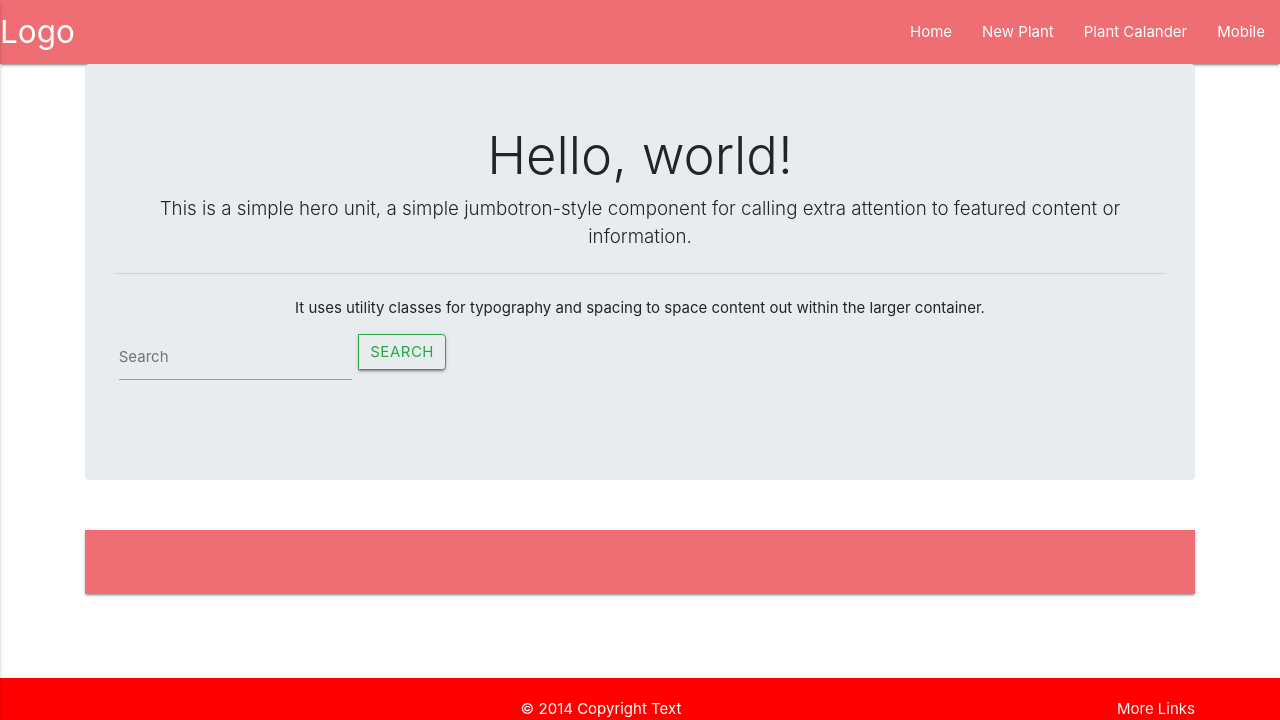
Repository: Lemoenskil/Milestone_project_3_Garden_planner
Page: http://localhost/
The author's editor kept a record of every edit. The page is drawn from the files as they stood at one moment, then again after the next edit.
The browser window is 1280 px wide. The pictures show the whole page.
Some web libraries are served in a nearby version. The page is served by the project's application, run on Flask 3 (app.py). Queries for data that is not in the repository find no rows.

Above is the page before.
Console error: TypeError: $(...).floatingActionButton is not a function

### templates/plant_records.html
{% extends "base.html" %}
{% block content %}

    <div class="text-center justify-content-center">
      <div class="jumbotron">
        <h1 class="display-4">Hello, world!</h1>
        <p class="lead">This is a simple hero unit, a simple jumbotron-style component for calling extra attention to featured content or information.</p>
        <hr class="my-4">
        <p>It uses utility classes for typography and spacing to space content out within the larger container.</p>
        <div class="row">
          <div class="col-lg-4">
            <form class="form-inline input-group">
              <input class="form-control mr-sm-2" type="search" placeholder="Search" aria-label="Search">
              <div class="input-group-append">
              <button class="btn btn-outline-success my-2 my-sm-0 " type="submit">Search</button>
              </div>
            </form>
          </div>
        </div>
      </div>
    </div>

    <div class="row text-center justify-content-center">
      {% for plant in plants%}

        <a href="{{url_for('view_plant', plant_id=plant._id)}}" class="card col-md-11 col-lg-3 mt-5 col-sm-11 col-xl-3" >
          <img src="{{plant.picture_link}}" class="card-img-top" alt="">
              <div class="card-body">
                <h5 class="card-title">{{plant.plant_name}}</h5>
              </div>
        </a>
      {%endfor%}
    </div>

    <div>
      <nav aria-label="Page navigation example" class="card-sm" >
        <ul class="pagination justify-content-center">
          {% if page > 1 %}
          <li class="page-item">
            <a class="page-link" href="{{url_for('get_plant_record', page=page-1)}}" aria-label="Previous">
              <span aria-hidden="true">&laquo;</span>
              <span class="sr-only">Previous</span>
            </a>
          </li>
          {% endif %}
          {% for pagenum in pages %}
            {% if pagenum == page %}
              <li class="page-item active" aria-current="page">
                <a class="page-link" href="#">{{ pagenum }}<span class="sr-only">(current)</span></a>
            {% else %}
              <li class="page-item">
                <a class="page-link" href="{{url_for('get_plant_record', page=pagenum)}}">{{ pagenum }}</a></li>
            {% endif %}
          {% endfor %}
          {% if page < total %}
          <li class="page-item">
            <a class="page-link" href="{{url_for('get_plant_record', page=page+1)}}" aria-label="Next">
              <span aria-hidden="true">&raquo;</span>
              <span class="sr-only">Next</span>
            </a>
          </li>
          {% endif %}
        </ul>
      </nav>
    </div>

{% endblock %}

### templates/base.html
<!DOCTYPE html>
<html lang="en">
<head>
    <meta charset="UTF-8">
    <meta name="viewport" content="width=device-width, initial-scale=1.0">
    <meta http-equiv="X-UA-Compatible" content="ie=edge">
    <link href="https://fonts.googleapis.com/icon?family=Material+Icons" rel="stylesheet">
    <link rel="stylesheet" href="https://cdnjs.cloudflare.com/ajax/libs/materialize/0.100.2/css/materialize.min.css">
    <link href="https://stackpath.bootstrapcdn.com/bootstrap/4.4.1/css/bootstrap.min.css" rel="stylesheet" integrity="sha384-Vkoo8x4CGsO3+Hhxv8T/Q5PaXtkKtu6ug5TOeNV6gBiFeWPGFN9MuhOf23Q9Ifjh" crossorigin="anonymous">
    <link rel="stylesheet" href="{{url_for('static', filename='css/style.css')}}" type="text/css" />
    <title>Garden Planner</title>
</head>
<body>
    <header>
       <nav>
            <div class="nav-wrapper">
                <a href="#!" class="brand-logo">Logo</a>
                <a href="#" data-activates="mobile-demo" class="button-collapse"><i class="material-icons">menu</i></a>
                <ul class="right hide-on-med-and-down">
                    <li><a href="{{url_for('get_plant_record')}}">Home</a></li>
                    <li><a href="{{url_for('add_plant')}}">New Plant</a></li>
                    <li><a href="{{url_for('list_plant')}}">Plant Calander</a></li>
                    <li><a href="mobile.html">Mobile</a></li>
                </ul>
                <ul class="side-nav" id="mobile-demo">
                    <li><a href="{{url_for('get_plant_record')}}">Home</a></li>
                    <li><a href="{{url_for('add_plant')}}">New Plant</a></li>
                    <li><a href="{{url_for('list_plant')}}">Plant Calander</a></li>
                    <li><a href="mobile.html">Mobile</a></li>
                </ul>
            </div>
        </nav>
    </header>

    <main class="container">
        {% block content %}{% endblock %}
    </main>

    <footer class="page-footer">
        <div class="container" class="footer-copyright">
            © 2014 Copyright Text
            <a class="grey-text text-lighten-4 right" href="#!">More Links</a>
        </div>
    </footer>
    <script src="https://code.jquery.com/jquery-3.4.1.slim.min.js" integrity="sha384-J6qa4849blE2+poT4WnyKhv5vZF5SrPo0iEjwBvKU7imGFAV0wwj1yYfoRSJoZ+n" crossorigin="anonymous"></script>
    <script src="https://cdnjs.cloudflare.com/ajax/libs/jquery/3.2.1/jquery.min.js"></script>
    <script src="https://stackpath.bootstrapcdn.com/bootstrap/4.4.1/js/bootstrap.min.js"></script>
    <script src="https://cdnjs.cloudflare.com/ajax/libs/materialize/0.100.2/js/materialize.min.js"></script>
    <script src="https://maxcdn.bootstrapcdn.com/bootstrap/4.1.1/js/bootstrap.min.js"></script>
    <script type="text/javascript">
        $(document).ready(function() {
            $(".button-collapse").sideNav();
            $('.fixed-action-btn').floatingActionButton();
        });
    </script>
</body>
</html>

### app.py
import os
from flask import Flask, render_template, redirect, request, url_for
from flask_pymongo import PyMongo, DESCENDING
from bson.objectid import ObjectId
import math
import re

app = Flask ("----name----")
app.config["MONGO_DBNAME"] = 'garden_planner'
app.config["MONGO_URI"] = 'mongodb+srv://CP3O:iYmkh8QOgi2fhu2y@lemoenskil-4vjdx.mongodb.net/garden_planner?retryWrites=true&w=majority'

plants_per_page = 6

mongo = PyMongo(app)

@app.route('/')
@app.route('/plant_records')
def get_plant_record():
    page_number = int(request.args.get('page', 1))
    plants_to_skip = (page_number - 1) * plants_per_page
    plant_count = mongo.db.plant_data.count_documents({})
    page_count = int(math.ceil(plant_count / plants_per_page))
    page_numbers = range(1, page_count + 1)
    plants_on_page = mongo.db.plant_data.find().skip(plants_to_skip).limit(plants_per_page)
    return render_template("plant_records.html", title="Home", plants=plants_on_page, page=page_number, pages=page_numbers, total=page_count)

@app.route('/list_plant')
def list_plant():
    return render_template("list_plant.html", plants=mongo.db.plant_data.find())

@app.route('/view_plant/<plant_id>')
def view_plant(plant_id):
    """Shows full plant details"""
    mongo.db.plant_data.find_one(
        {'_id': ObjectId(plant_id)},
    )
    plant_db = mongo.db.plant_data.find_one_or_404({'_id': ObjectId(plant_id)})
    return render_template("view_plant.html", plant=plant_db)

@app.route('/add_plant')
def add_plant():
    return render_template("add_plant.html")

@app.route('/insert_plant', methods=['POST'])
def insert_plant():
    plants = mongo.db.plant_data
    plants.insert_one(convert_form_to_plant_data(request.form))
    return redirect(url_for('get_plant_record'))

@app.route('/update_plant/<plant_id>')
def update_plant(plant_id):
    plants =  mongo.db.plant_data.find_one({"_id": ObjectId(plant_id)})
    return render_template('update_plant.html', plant=plants)

def convert_form_to_plant_data(form):
    value_sowing_under_glass = [ month for month in range(1, 13) if f"sowing-under-glass-{month}" in form ]
    value_outside_seeding = [ month for month in range(1, 13) if f"outside-seeding-{month}" in form ]
    value_harvest = [ month for month in range(1, 13) if f"harvest-{month}" in form ]
    return {
        'plant_name':form.get('plant_name'),
        'picture_link':form.get('picture_link'),
        'crop_group': form.get('crop_group'),
        'crop_family': form.get('crop_family'),
        'soil':form.get('soil'),
        'frost_tolerant':form.get('frost_tolerant'),
        'position':form.get('position'),
        'feeding':form.get('feeding'),
        'companions':form.get('companions'),
        'spacing':form.get('spacing'),
        'Sow_and_Plant':form.get('Sow_and_Plant'),
        'Harvesting':form.get('Harvesting'),
        'Pests':form.get('Pests'),
        'Note':form.get('Note'),
        'value_sowing_under_glass':value_sowing_under_glass,
        'value_outside_seeding':value_outside_seeding,
        'value_harvest':value_harvest,
    }

@app.route('/edit_plant/<plant_id>', methods=["POST"])
def edit_plant(plant_id):
    plants = mongo.db.plant_data
    plants.update( {'_id': ObjectId(plant_id)}, convert_form_to_plant_data(request.form))
    return redirect(url_for('get_plant_record'))

@app.route('/delete_plant/<plant_id>')
def delete_plant(plant_id):
    mongo.db.plant_data.remove({'_id': ObjectId(plant_id)})
    return redirect(url_for('get_plant_record'))

if __name__ == '__main__':
    app.run(host=os.environ.get('IP'),
            port=int(os.environ.get('PORT')),
            debug=True)

### static/css/style.css
.mt-5, .my-5 {
    margin: 2rem!important;
}

.card{
  width: 100%;
}

body {
  display: flex;
  min-height: 100vh;
  flex-direction: column;
}

main {
  flex: 1 0 auto;
}


.page-footer{
    position: fixed;
   left: 0;
   bottom: 0;
   width: 100%;
   background-color: red;
   color: white;
   text-align: center;
}

.card-sm{
  margin-bottom: 50px;
}

.form-control-borderless {
    border: none;
}

.form-control-borderless:hover, .form-control-borderless:active, .form-control-borderless:focus {
    border: none;
    outline: none;
    box-shadow: none;
}

.search_box{
    width: 100%;
    margin: 6%;
}
.align-items-center{
    margin: 0px!important;
}

.under-glass{
    background-color: yellow;
}
.outside-seeding {
    background-color: orange;
}

After the next edit:
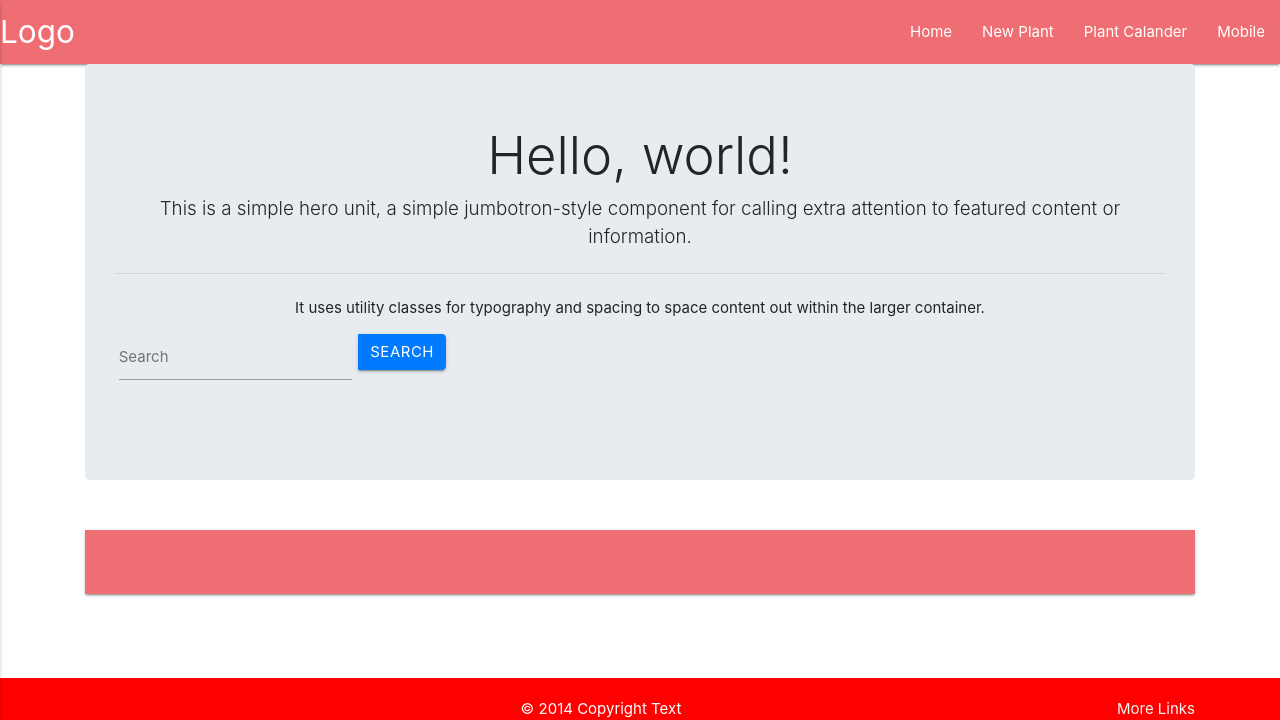
The edit:
--- a/templates/plant_records.html
+++ b/templates/plant_records.html
@@ -12,7 +12,7 @@
             <form class="form-inline input-group">
               <input class="form-control mr-sm-2" type="search" placeholder="Search" aria-label="Search">
               <div class="input-group-append">
-              <button class="btn btn-outline-success my-2 my-sm-0 " type="submit">Search</button>
+              <button class="btn btn btn-primary my-2 my-sm-0 " type="submit">Search</button>
               </div>
             </form>
           </div>
